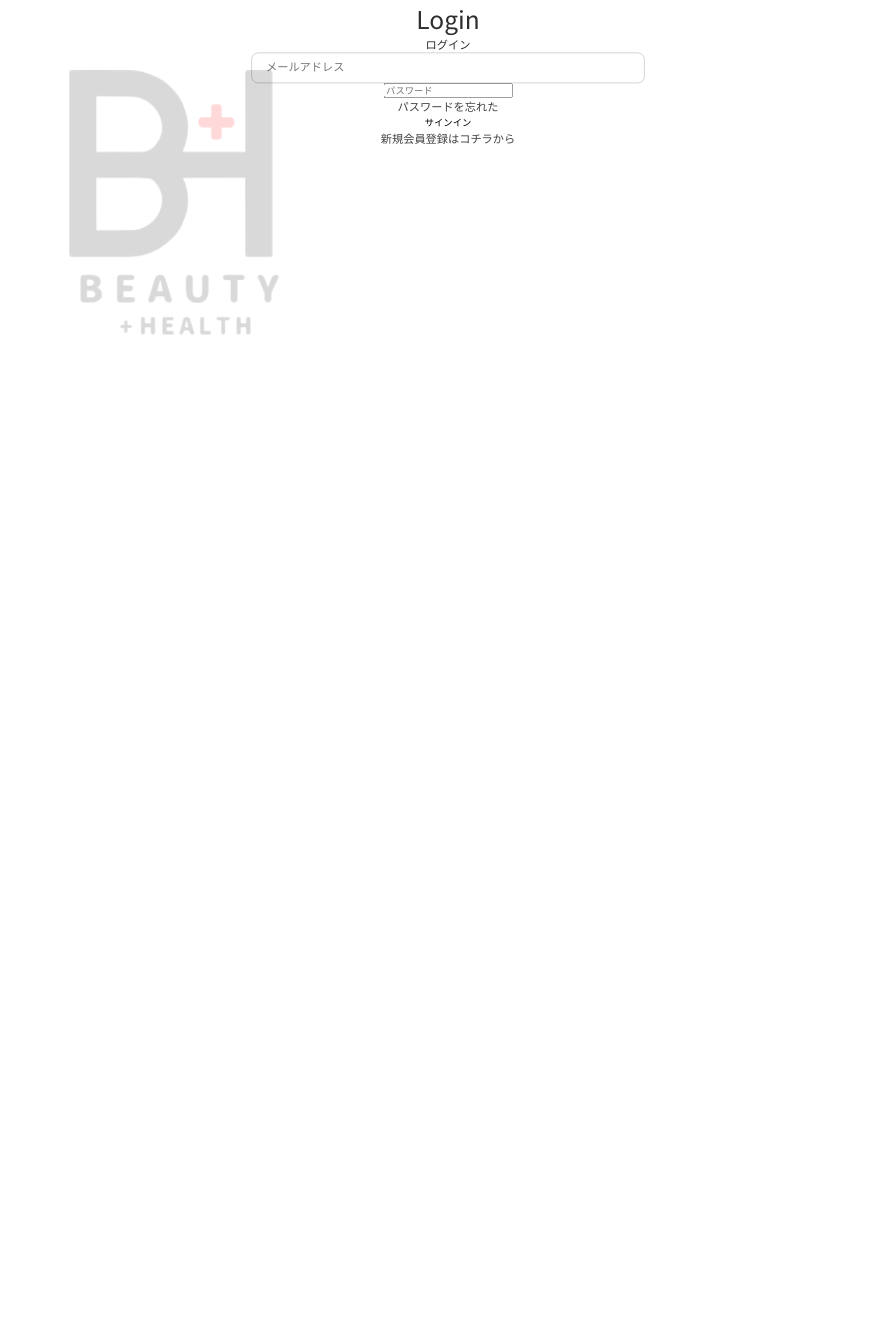
Repository: AceRose620/BH-Connect
Page: login.html
An editor plug-in stored every save of this project. The page is shown before and after the next save, followed by the edit.
The browser window is 1280 px wide. The pictures show the part of the page from y = 0 to 1920 px (the page is 8450 px tall), at 70% of full size.

Above is the page before, as saved 2024-07-22 23:01:40.

### login.html
<!DOCTYPE html>
<head>
    <!-- @import url(http://fonts.googleapis.com/earlyaccess/notosansjp.css);
    @import "tailwindcss/base";
    @import "tailwindcss/components";
    @import "tailwindcss/utilities"; -->
    <title>Beauty + Health</title>
    <meta name="viewport" content="width=device-width, initial-scale=1.0" />
    <link rel="stylesheet" href="assets/stylesheets/application.css">
    <link rel="stylesheet" href="assets/stylesheets/login.css">
    <link href="https://fonts.googleapis.com/css2?family=Noto+Sans+JP:wght@400;700&display=swap" rel="stylesheet">
</head>
<body>
    <img class="img-logo" src="./assets/images/bg-bhconnect-logo.png" alt="">
    <div class="login-pane">
        <span class="title">Login</span>
        <span class="sub-title">ログイン</span>
        <input class="mail" type="text" placeholder="メールアドレス" aria-label="mail"/>
        <input class="password" type="password" placeholder="パスワード" aria-label="password"/>
        <a class="find-password">パスワードを忘れた</a>
        <button class="btn-login">サインイン</button>
        <a class="register">新規会員登録はコチラから</a>
    </div>
</body>
</html>

### assets/stylesheets/application.css
/*
 * This is a manifest file that'll be compiled into application.css, which will include all the files
 * listed below.
 *
 * Any CSS and SCSS file within this directory, lib/assets/stylesheets, or any plugin's
 * vendor/assets/stylesheets directory can be referenced here using a relative path.
 *
 * You're free to add application-wide styles to this file and they'll appear at the bottom of the
 * compiled file so the styles you add here take precedence over styles defined in any other CSS/SCSS
 * files in this directory. Styles in this file should be added after the last require_* statement.
 * It is generally better to create a new file per style scope.
 *
 *= require_tree .
 *= require_self
 */
body {
  font-family: 'Noto Sans JP', sans-serif;
  margin: 0;
  color: #414141;
  /* background-image: url(../images/background.png); */
  height: 8450px;
}

a {
  color: #414141;
  text-decoration: none;
  -webkit-tap-highlight-color:rgba(0,0,0,0);
}

h1, h2, h3, p {
  margin: 0;
  -webkit-tap-highlight-color:rgba(0,0,0,0);
}

input {
  outline: none;
}
input:focus {
  outline:none;
}
input:-webkit-autofill {
  box-shadow: 0 0 0 1000px white inset;
}
input[type="submit"] {
  -webkit-appearance: none;
  border: none;
  cursor: pointer;
  display: inline-block;
  margin: 0;
  padding: 0;
  text-decoration: none;
}

textarea {
  outline: none;
}

button {
  background-color: transparent;
  border: none;
}

.wrapper {
  display: flex;
}

### assets/stylesheets/login.css
.img-logo {
    position: absolute;
    width: 299px;
    top: 0;
    left: 0;
    margin: 100px 99px;
}

.login-pane {
    width: 520px;
    display: flex;
    flex-direction: column;
    justify-content: center;
    align-items: center;
    margin: 0 auto;
}

.login-pane span.title {
    font-size: 35px;
    color: #2D2D2D;
}

.login-pane span.sub-title {
    font-size: 16px;
    color: #2D2D2D;
}

input.mail {
    width: 100%;
    height: 42px;
    border: 1px solid #C2C2C2;
    border-radius: 10px;
    padding: 0 20px;
    font-size: 16px;
}

input.password {

}

After the next save:
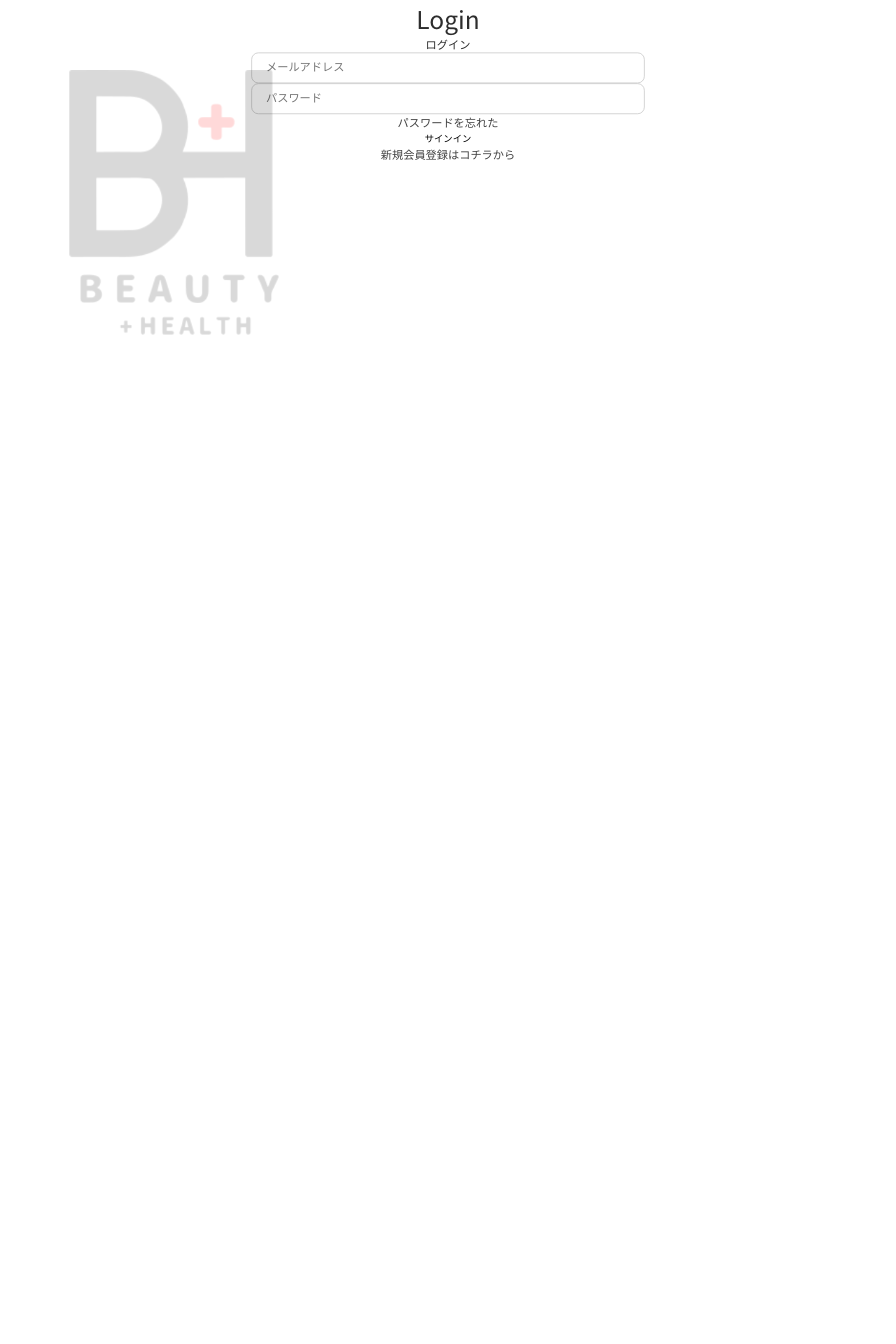
Saved 5 s later.
--- a/assets/stylesheets/login.css
+++ b/assets/stylesheets/login.css
@@ -35,5 +35,10 @@
 }
 
 input.password {
-
+    width: 100%;
+    height: 42px;
+    border: 1px solid #C2C2C2;
+    border-radius: 10px;
+    padding: 0 20px;
+    font-size: 16px;
 }
